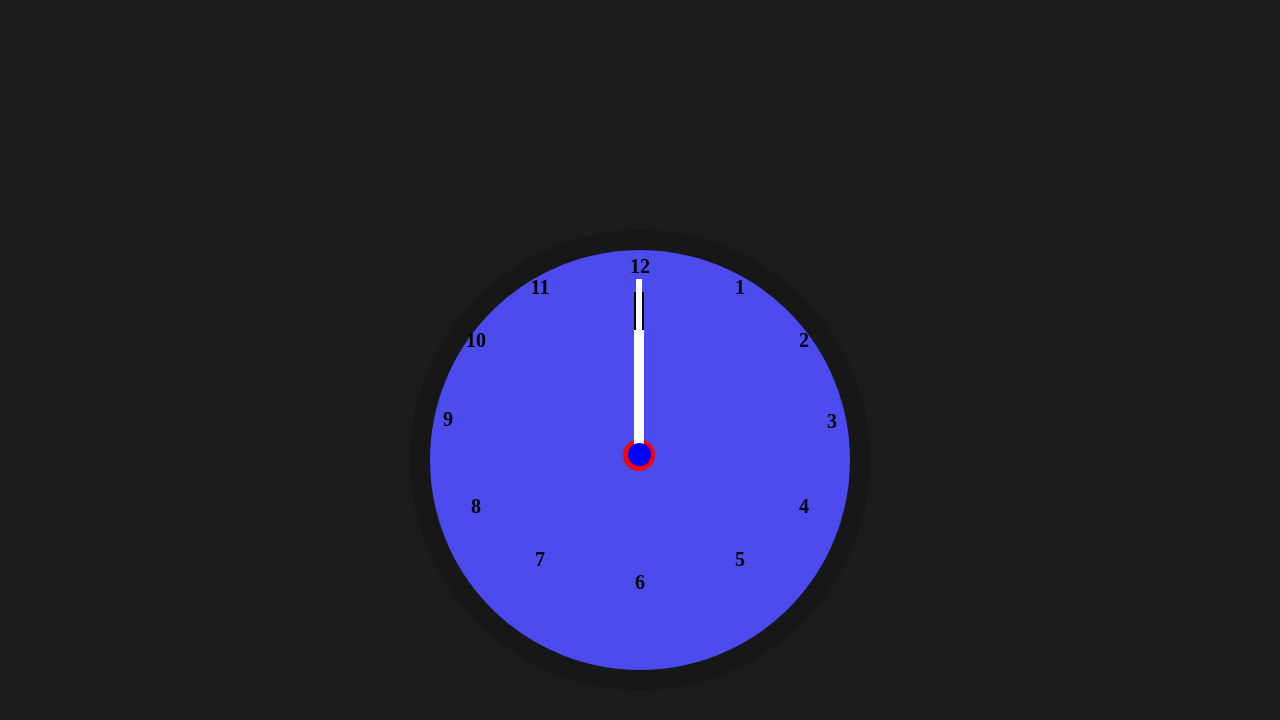
Repository: Eugene44-hub/Analog-clock
Page: index.html
An editor plug-in stored every save of this project. The page is shown before and after the next save, followed by the edit.
The browser window is 1280 px wide. The pictures show the whole page.

Above is the page before, as saved 2021-09-04 23:12:11.

### index.html
<!DOCTYPE html>
<html lang="en">

<head>
    <meta charset="UTF-8">
    <meta http-equiv="X-UA-Compatible" content="IE=edge">
    <meta name="viewport" content="width=device-width, initial-scale=1.0">
    <title>Document</title>
    <link rel="stylesheet" href="style.css">
</head>

<body>
    <div class="clock">
        <div class="numbers">

            <div class="circle"></div>
            <div class="minute"></div>
            <div class="hour"></div>
            <div class="second"></div>
            <div class="circle small"></div>
            <div class="num1">1</div>
            <div class="num2">2</div>
            <div class="num3">3</div>
            <div class="num4">4</div>
            <div class="num5">5</div>
            <div class="num6">6</div>
            <div class="num7">7</div>
            <div class="num8">8</div>
            <div class="num9">9</div>
            <div class="num10">10</div>
            <div class="num11">11</div>
            <div class="num12">12</div>
        </div>
    </div>
</body>

<script src="app.js"></script>

</html>

### style.css
* {
    padding: 0;
    margin: 0;
}

body {
    background-color: rgb(29, 28, 28);
}

.clock {
    background-color: rgb(75, 75, 238);
    height: 400px;
    width: 400px;
    border: 20px solid rgb(24, 23, 23);
    text-align: center;
    font-weight: bold;
    font-family: cursive;
    font-size: 20px;
    transform: translate(0, 50%);
    position: relative;
    border-radius: 50%;
    margin: auto;
    padding: 10px;
}

.circle {
    background-color: red;
    position: absolute;
    top: 45%;
    left: 46%;
    width: 32px;
    height: 32px;
    border-radius: 50%;
}

.minute {
    background-color: black;
    position: absolute;
    top: 10%;
    left: 48.5%;
    width: 10px;
    height: 167px;
    border: 50%;
    transform: rotate(0deg);
    transform-origin: bottom;
}

.hour {
    background-color: black;
    position: absolute;
    top: 19%;
    left: 48.5%;
    width: 10px;
    height: 130px;
    border: 50%;
    transform: rotate(0deg);
    background-color: white;
    transform-origin: bottom;
    /* animation: clock 60s linear infinite; */
}

.second {
    position: absolute;
    top: 7%;
    left: 49%;
    width: 6px;
    height: 180px;
    border: 50%;
    transform: rotate(0deg);
    background-color: white;
    transform-origin: bottom;
    animation: clock 60s linear infinite;
}

.small {
    width: 23px;
    height: 23px;
    background-color: blue;
    left: 198px;
    top: 46%;
}


/*
@keyframes clock {
    from {
        transform: rotate(0deg);
        background-color: white;
    }
    to {
        transform: rotate(360deg);
        background-color: blueviolet;
    }
} */

.num6 {
    transform: translate(0, 850%);
}

.num9 {
    transform: translate(-48%, -155%);
}

.num12 {
    transform: translate(0, -1120%);
}

.num3 {
    transform: translate(48%, 450%);
}

.num1 {
    transform: translate(25%, 70%);
}

.num2 {
    transform: translate(41%, 200%);
}

.num4 {
    transform: translate(41%, 720%);
}

.num5 {
    transform: translate(25%, 850%);
}

.num5 {
    transform: translate(25%, 850%);
}

.num7 {
    transform: translate(-25%, 650%);
}

.num8 {
    transform: translate(-41%, 320%);
}

.num11 {
    transform: translate(-25%, -930%)
}

.num10 {
    transform: translate(-41%, -600%);
}


/* .num1,
.num2,
.num3,
.num4,
.num5,
.num6,
.num7,
.num8,
.num9,
.num10,
.num11,
.num12 {
    padding: 15px;
} */


/* .num1 {
    transform: translate(28%, 100%);
}

.num2 {
    transform: translate(44%, 260%);
}

.num3 {
    transform: translate(48%, 489%);
}

.num4 {
    transform: translate(44%, 750%);
}

.num5 {
    transform: translate(28%, 890%);
}

.num6 {
    transform: translate(0, 890%);
}

.num7 {
    transform: translate(24%, 694%);
}

.num8 {
    transform: translate(-44%, 350%)
}

.num9 {
    transform: translate(-48%, -100%);
}

.num10 {
    transform: translate(-44%, -540%);
}

.num11 {
    transform: translate(-28%, -900%);
}

.num12 {
    transform: translate(0, -1130%);
} */

### app.js
setInterval(function() {
    let second, hour, minute, date;

    second = document.querySelector('.second');
    hour = document.querySelector('.hour');
    minute = document.querySelector('.minute');
    date = new Date();
    seconds = date.getSeconds();
    hours = date.getHours() - 12;
    minutes = date.getMinutes();

    second.style.transform = ` rotate(${seconds*6}deg)`;
    minute.style.transform = `rotate(${minutes*6}deg)`;
    hour.style.transform = `rotate(${30*hours}deg)`;

}, Infinity)

After the next save:
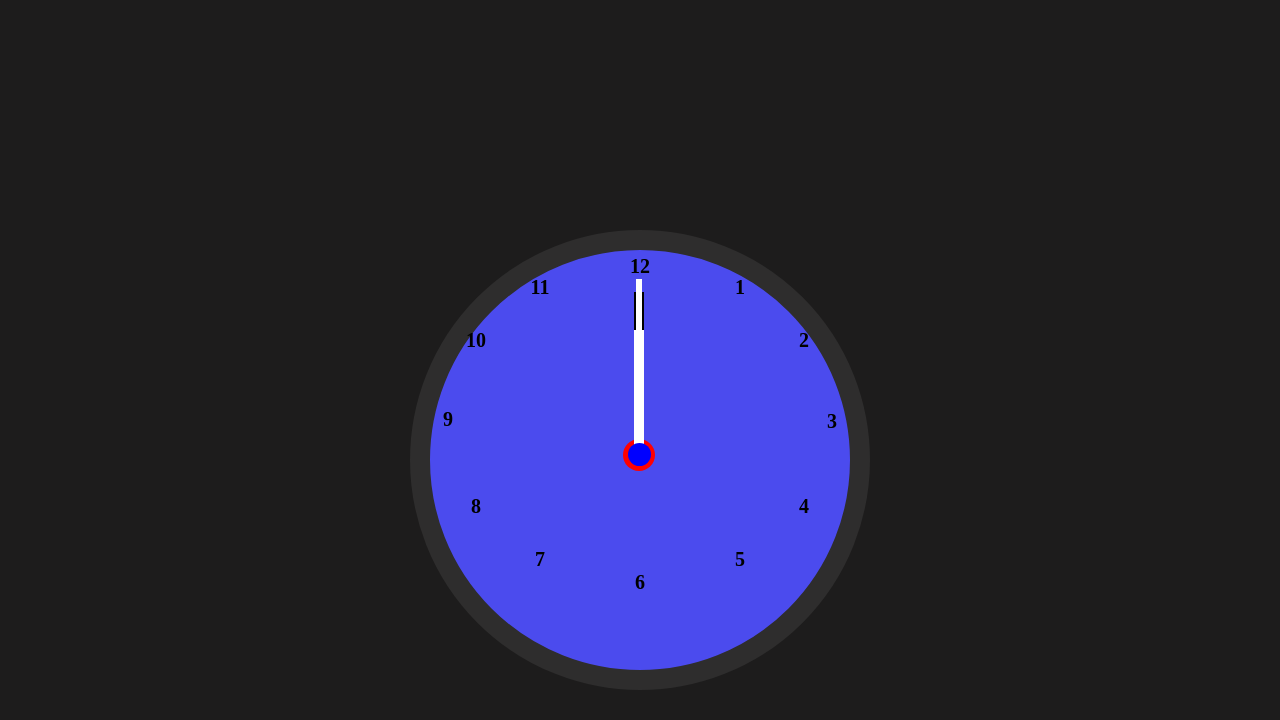
Saved 7 s later.
--- a/style.css
+++ b/style.css
@@ -11,7 +11,7 @@ body {
     background-color: rgb(75, 75, 238);
     height: 400px;
     width: 400px;
-    border: 20px solid rgb(24, 23, 23);
+    border: 20px solid rgb(46, 45, 45);
     text-align: center;
     font-weight: bold;
     font-family: cursive;
